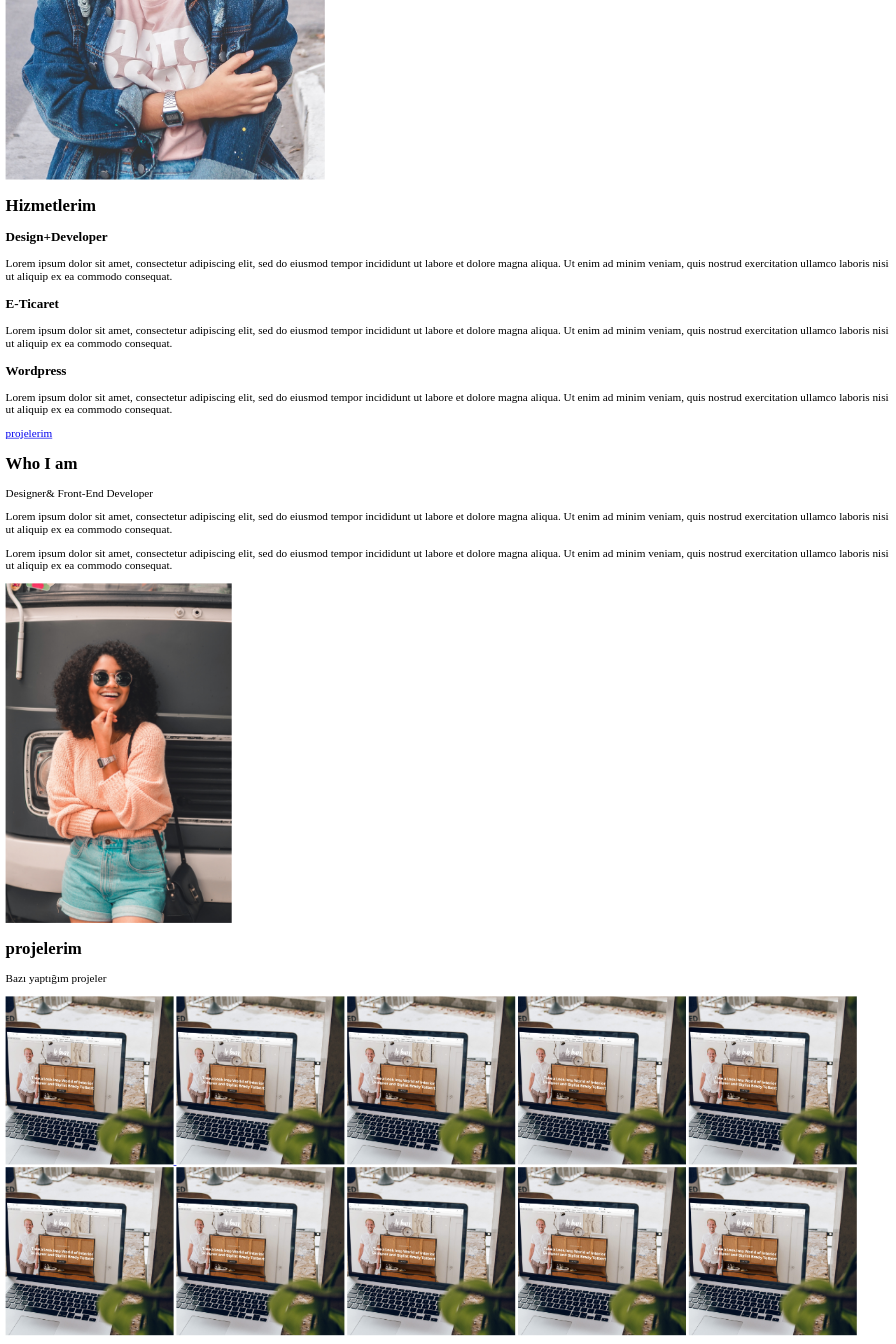
Repository: denizangin/portfolyo
Page: index.html
These files come from the project's save history. The page is drawn as it stood at one moment and after the next save; the edit follows.
The browser window is 1280 px wide. The pictures show the part of the page from y = 688 to 2608 px (the page is 2608 px tall before and 2364 px after), at 70% of full size.

Above is the page before, as saved 2024-08-01 04:16:48.

### index.html
<!DOCTYPE html>
<html lang="tr">

<head>
    <meta charset="UTF-8">
    <meta name="viewport" content="width=device-width, initial-scale=1.0">
    <title> jane Smith Portfolyo</title>
</head>

<body>
    <header>
        <div class="logo">
            <img src="img/DEVJANE.png" alt="logo">
        </div>

        <button class="nav-toggle">
            <span class="hamburger"></span>
        </button>

        <nav class="nav">
            <ul class="nav__list">
                <li class="nav__item">
                    <a href="#home" class="nav__link">Anasayfa</a>
                </li>
                <li class="nav__item">
                    <a href="#services" class="nav__link">Hizmetlerim</a>
                </li>
                <li class="nav__item">
                    <a href="#" class="nav__link">Hakkımda</a>
                </li>
                <li class="nav__item">
                    <a href="#" class="nav__link">projelerim</a>
                </li>
            </ul>
        </nav>


    </header>

    <!-- Introduction-->
    <section class="intro" id="home">
        <h1 class="section__title section__title--intro"> Hi, I am <strong> jane Smith </strong> </h1>
        <P class="section__titlesection__subtitle--intro"> front-end dev</P>
        <img src="img/component (3).png" alt="jane smith gülümsediği foto">
    </section>

    <!--My Services-->
    <section class="my services" id="services">
        <h2 class="section__titile section__title--services"> Hizmetlerim</h2>
        <div class="services">
            <div class="service">
                <h3> Design+Developer</h3>
                <p> Lorem ipsum dolor sit amet, consectetur adipiscing elit, sed do eiusmod tempor incididunt ut labore
                    et dolore magna aliqua. Ut enim ad minim veniam, quis nostrud exercitation ullamco laboris nisi ut
                    aliquip ex ea commodo consequat.</p>
            </div>

            <div class="service ">
                <h3>E-Ticaret</h3>
                <p>Lorem ipsum dolor sit amet, consectetur adipiscing elit, sed do eiusmod tempor incididunt ut labore
                    et dolore magna aliqua. Ut enim ad minim veniam, quis nostrud exercitation ullamco laboris nisi ut
                    aliquip ex ea commodo consequat.</p>
            </div>

            <div class="service ">
                <h3>Wordpress</h3>
                <p>Lorem ipsum dolor sit amet, consectetur adipiscing elit, sed do eiusmod tempor incididunt ut labore
                    et dolore magna aliqua. Ut enim ad minim veniam, quis nostrud exercitation ullamco laboris nisi ut
                    aliquip ex ea commodo consequat.</p>
            </div>
        </div>

        <a href="#work"> projelerim </a>

    </section>

    <!--About Me-->
    <section class="about_me" id="about">
        <h2 class="section__title section __title--about"> Who I am</h2>
        <P class="section __subtitle section__subtitle--about">Designer& Front-End Developer</P>

        <div class="about-me__body">
            <p> Lorem ipsum dolor sit amet, consectetur adipiscing elit, sed do eiusmod tempor incididunt ut labore et
                dolore magna aliqua. Ut enim ad minim veniam, quis nostrud exercitation ullamco laboris nisi ut aliquip
                ex ea commodo consequat.</p>
            <p>Lorem ipsum dolor sit amet, consectetur adipiscing elit, sed do eiusmod tempor incididunt ut labore et
                dolore magna aliqua. Ut enim ad minim veniam, quis nostrud exercitation ullamco laboris nisi ut aliquip
                ex ea commodo consequat.</p>
        </div>

        <img src="img/component.png" alt="jane ayakta fotosu">
    </section>

    <!--My Work-->
     <section class="my-work" id="work">
        <h2 class= "section__title"> projelerim </h2>
        <p class="section__subtitle"> Bazı yaptığım projeler</p>

        <div class="portfolio">
            <a href="#" class="portfolio-item">
                <img src="img/component (15).png" alt="" class="portfolio__item">
            </a>

                <img src="img/component (15).png" class="portfolio__item">
                <img src="img/component (15).png" class="portfolio__item">
                <img src="img/component (15).png" class="portfolio__item">
                <img src="img/component (15).png" class="portfolio__item">
                <img src="img/component (15).png" class="portfolio__item">
                <img src="img/component (15).png" class="portfolio__item">
                <img src="img/component (15).png" class="portfolio__item">
                <img src="img/component (15).png" class="portfolio__item">
                <img src="img/component (15).png" class="portfolio__item">




        </div>


     </section>











</body>

</html>

After the next save:
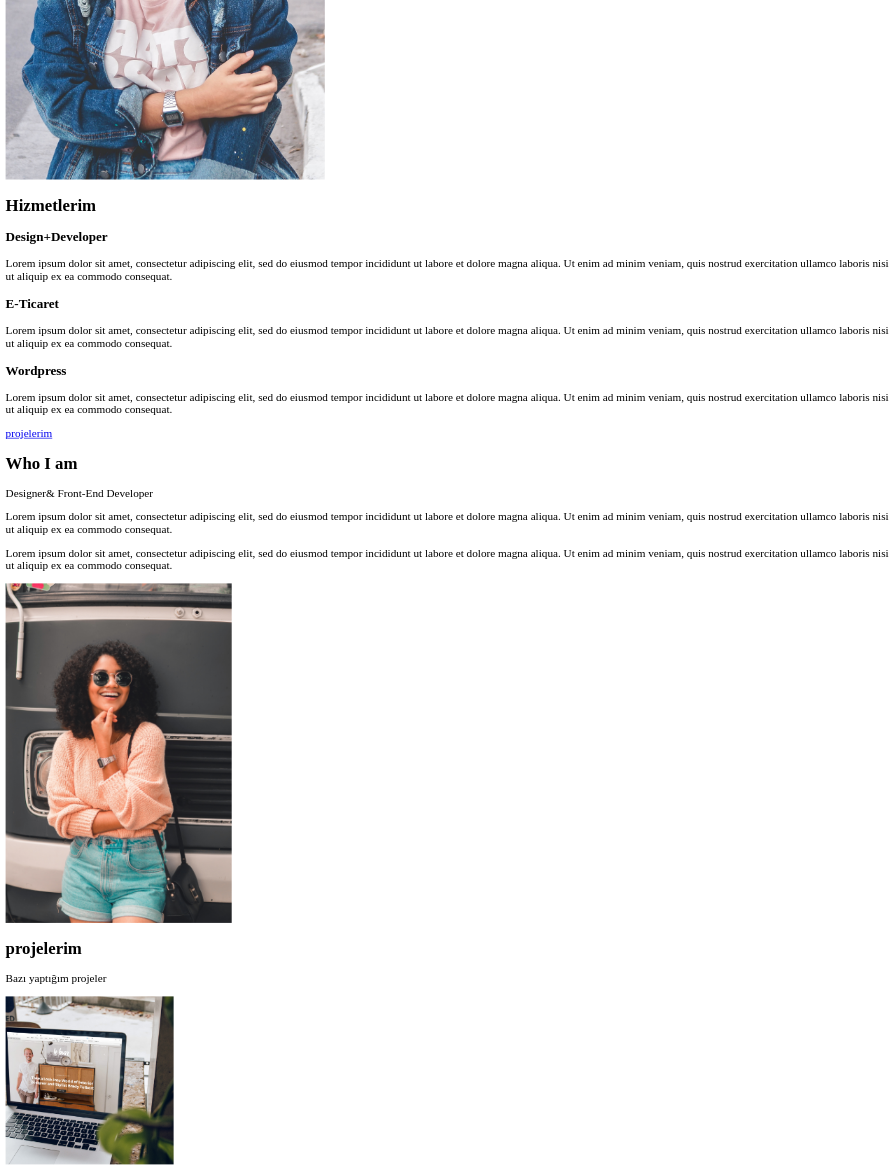
Saved 9 s later.
--- a/index.html
+++ b/index.html
@@ -101,15 +101,6 @@
                 <img src="img/component (15).png" alt="" class="portfolio__item">
             </a>
 
-                <img src="img/component (15).png" class="portfolio__item">
-                <img src="img/component (15).png" class="portfolio__item">
-                <img src="img/component (15).png" class="portfolio__item">
-                <img src="img/component (15).png" class="portfolio__item">
-                <img src="img/component (15).png" class="portfolio__item">
-                <img src="img/component (15).png" class="portfolio__item">
-                <img src="img/component (15).png" class="portfolio__item">
-                <img src="img/component (15).png" class="portfolio__item">
-                <img src="img/component (15).png" class="portfolio__item">
 
 
 
